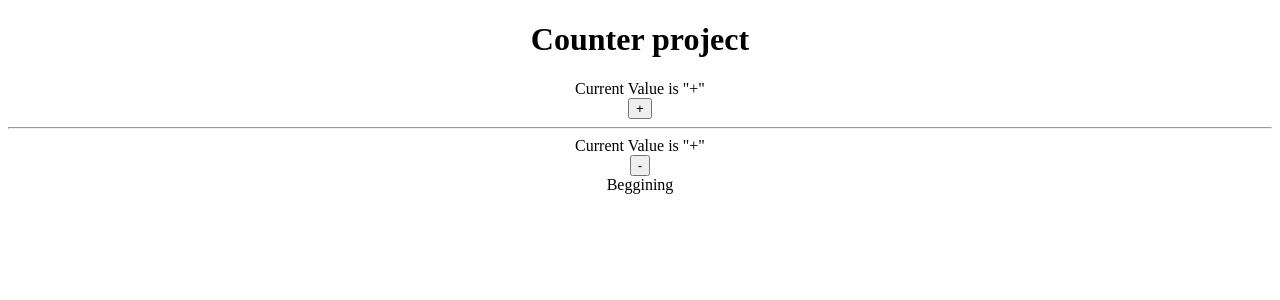
Repository: NiutaR/counter-dom
Page: index.html
The author's editor kept a copy of each file at every save. The page is drawn from the files as they stood at one save, then again after the next save.
The browser window is 1280 px wide. The pictures show the whole page.

Above is the page before, as saved 2021-07-20 21:45:33.

### index.html
<!DOCTYPE html>
<html lang="en">
<head>
    <meta charset="UTF-8">
    <meta http-equiv="X-UA-Compatible" content="IE=edge">
    <meta name="viewport" content="width=device-width, initial-scale=1.0">
    <title>Counter project</title>
</head>
<body>
    <div id="container">
        <h1>Counter project</h1>
        <label>Current Value is "+"<br><button id="increment">+</button></label>
        <hr>
        <label>Current Value is "+"<br><button id="decrement">-</button></label>
    </div>
    <script src="index.js"></script>
</body>
</html>

### index.js
document.getElementById('container').style.textAlign = 'center';

//getting increment and decrement

let add = document.getElementById('increment');
let remove = document.getElementById('decrement');


//adding the div in dom
const div1 = document.createElement('div');
const node = document.createTextNode('Beggining');
div1.appendChild(node);
div1.id = 'div1';
const mainBlock = document.getElementById('container');
mainBlock.appendChild(div1);

After the next save:
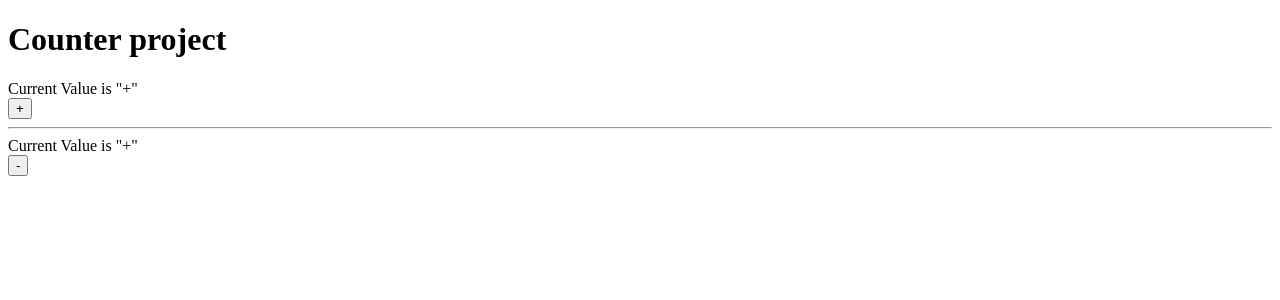
Console error: SyntaxError: Invalid or unexpected token
Saved 20 s later.
--- a/index.js
+++ b/index.js
@@ -7,7 +7,7 @@ let remove = document.getElementById('decrement');
 
 
 //adding the div in dom
-const div1 = document.createElement('div');
+/*const div1 = document.createElement('div');
 const node = document.createTextNode('Beggining');
 div1.appendChild(node);
 div1.id = 'div1';

After the save that followed:
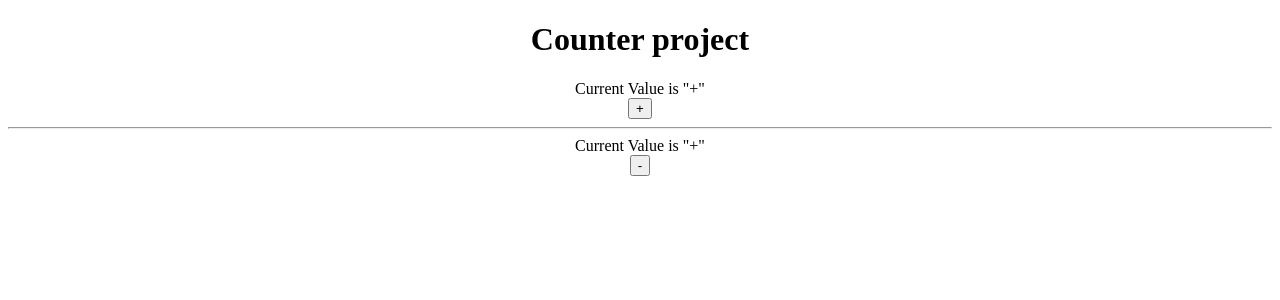
The error is gone.
Saved 4 s later.
--- a/index.js
+++ b/index.js
@@ -12,4 +12,4 @@ const node = document.createTextNode('Beggining');
 div1.appendChild(node);
 div1.id = 'div1';
 const mainBlock = document.getElementById('container');
-mainBlock.appendChild(div1);
+mainBlock.appendChild(div1);*/
